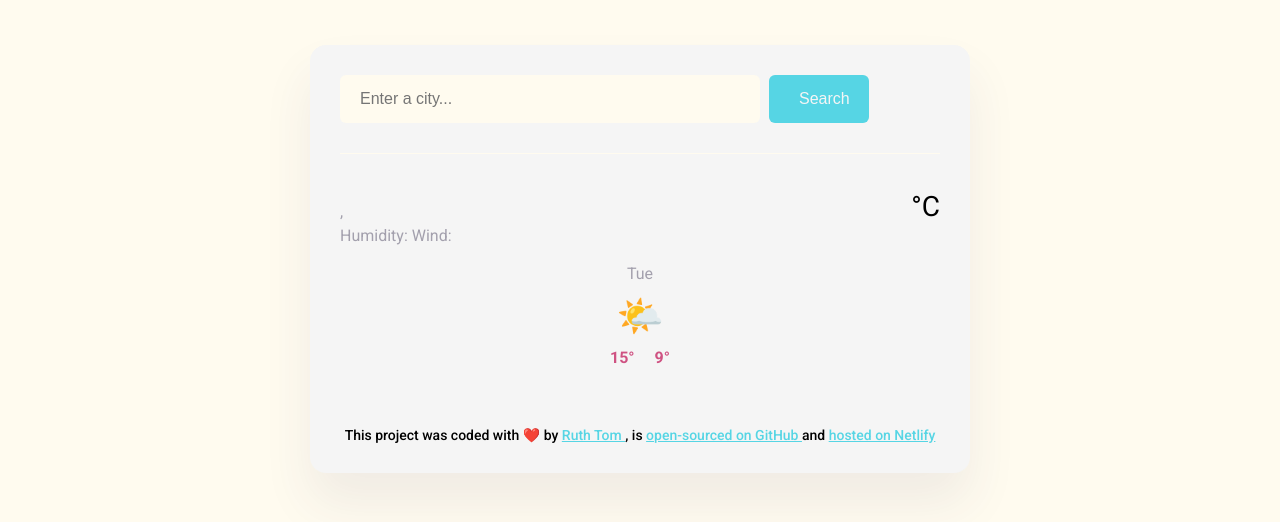
Repository: RuthTom711/Weatherly-App
Page: index.html
These files come from the project's save history. The page is drawn as it stood at one moment and after the next save; the edit follows.
The browser window is 1280 px wide. The pictures show the whole page.
The page's requests for data from a server got no answer. Some web libraries are served in a nearby version.

Above is the page before, as saved 2025-11-13 21:02:32.
Console error (its wording comes from the project's code and is left out).

After the next save:
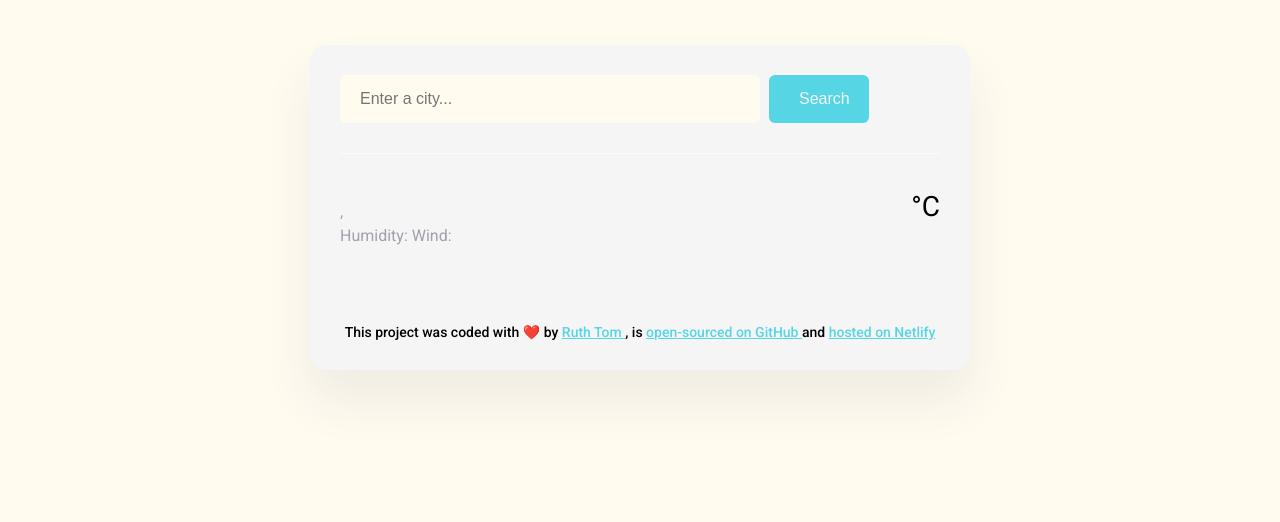
Console error: SyntaxError: Unexpected string
Saved 5 s later.
--- a/src/index.js
+++ b/src/index.js
@@ -60,7 +60,7 @@ function handleSearchSubmit(event) {
 function displayForecast() {
 let forecast = document.querySelector("#forecast");
 
-let days = []
+let days = [""""]
 
 forecast.innerHTML =  `
      <div class="weather-forecast-day">
